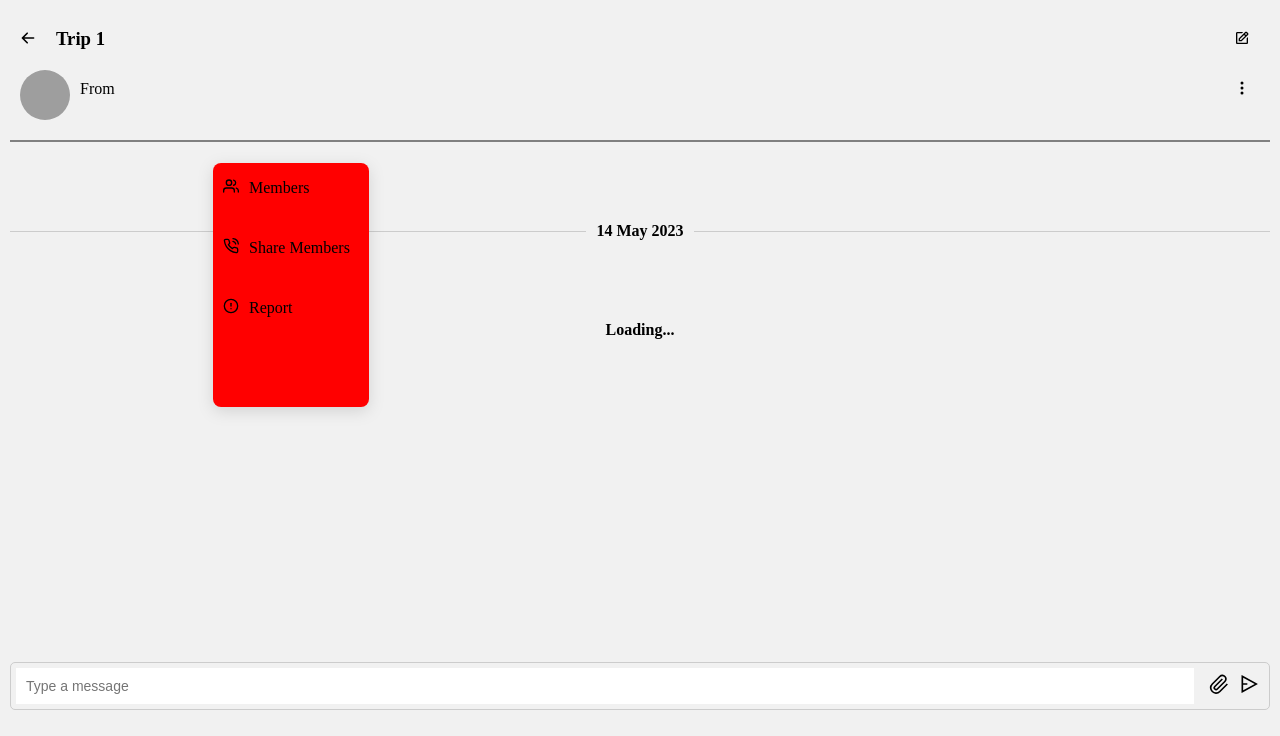
Repository: Abhi2359/PWA_Corider
Page: /, after clicking the first element matching `div.dot_icon`
These files come from the project's save history. The page is drawn as it stood at one moment and after the next save; the edit follows.
The browser window is 1280 px wide. The pictures show the whole page.
Pictures or frames that could not be fetched are drawn as grey boxes. The page's requests for data from a server got no answer. The project was rebuilt for these pictures with package versions that can differ from the ones it lists, and the page was loaded fresh each time. No one was signed in, and anything a server would have sent is missing. Also part of the build but not shown: vite.config.js, src/chatInput/Chat.css, src/chatInput/Chat.jsx.

Above is the page before, as saved 2023-05-14 21:00:48.

After the next save:
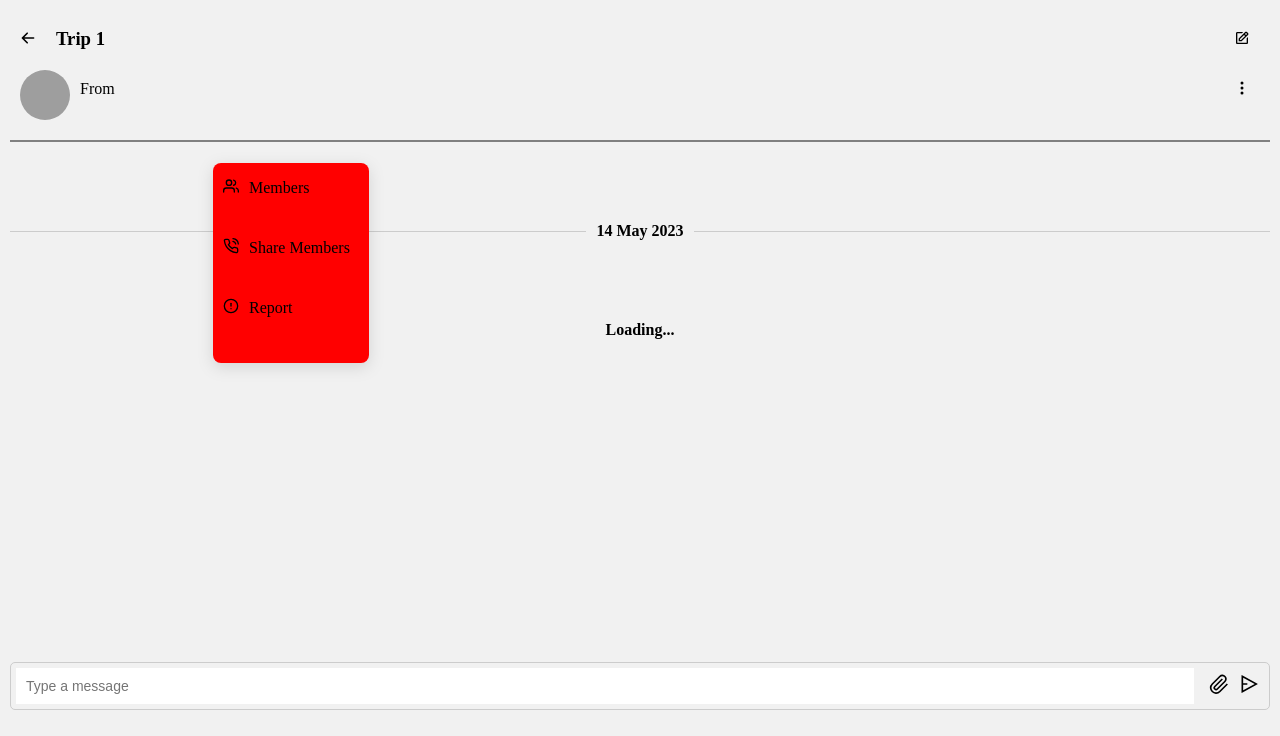
Saved 18 s later.
--- a/src/Card/card.css
+++ b/src/Card/card.css
@@ -4,7 +4,7 @@
 
   position: absolute;
   width: 156px;
-  height: 244px;
+  height: 200px;
   left: 203px;
   top: 153px;
   background-color: red;
